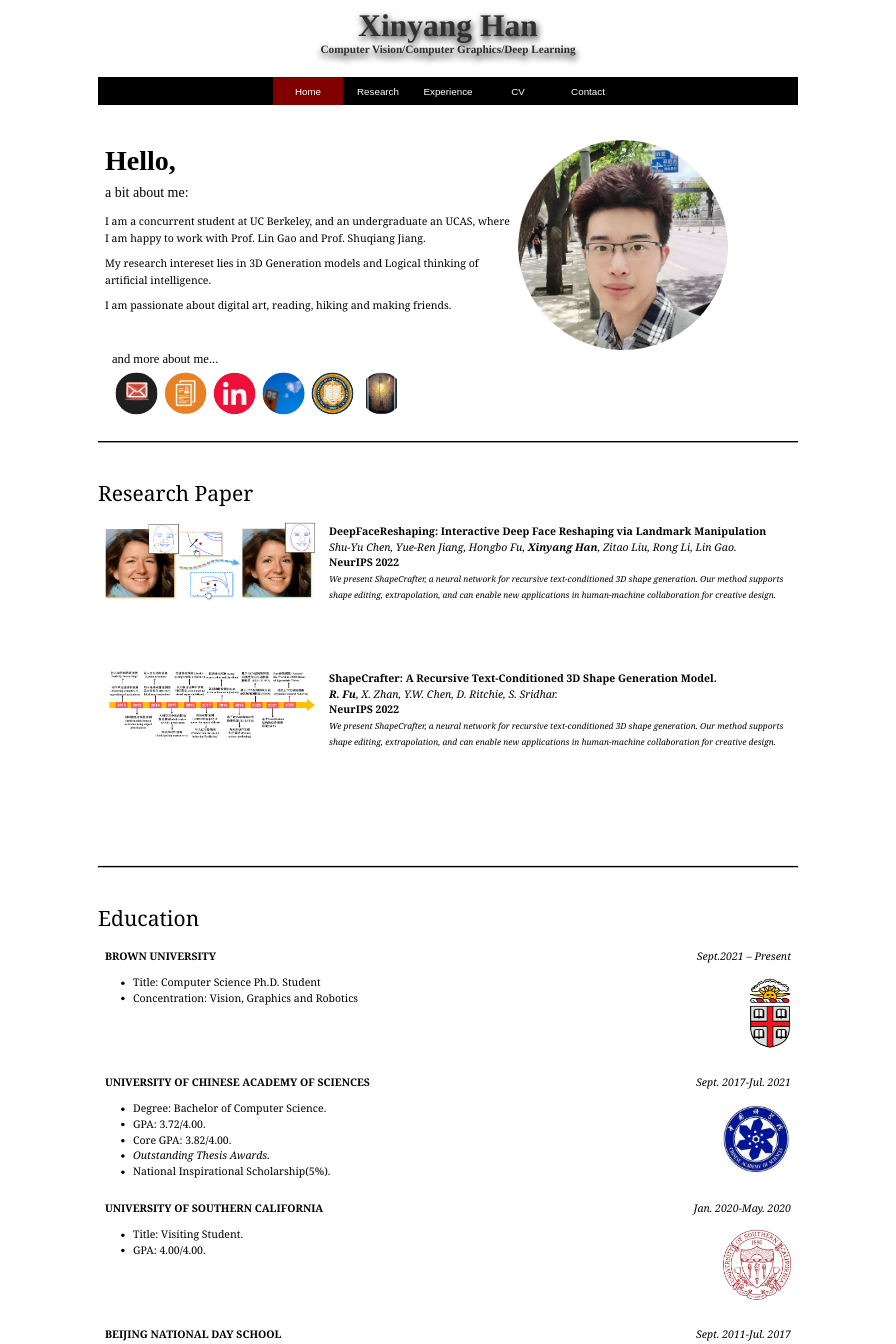
Repository: XinyangHan/XinyangHan.github.io
Page: index.html
An editor plug-in stored every save of this project. The page is shown before and after the next save, followed by the edit.
The browser window is 1280 px wide. The pictures show the part of the page from y = 0 to 1920 px (the page is 3473 px tall), at 70% of full size.

Above is the page before, as saved 2023-02-11 14:14:06.
Console error (its wording comes from the project's code and is left out).

After the next save:
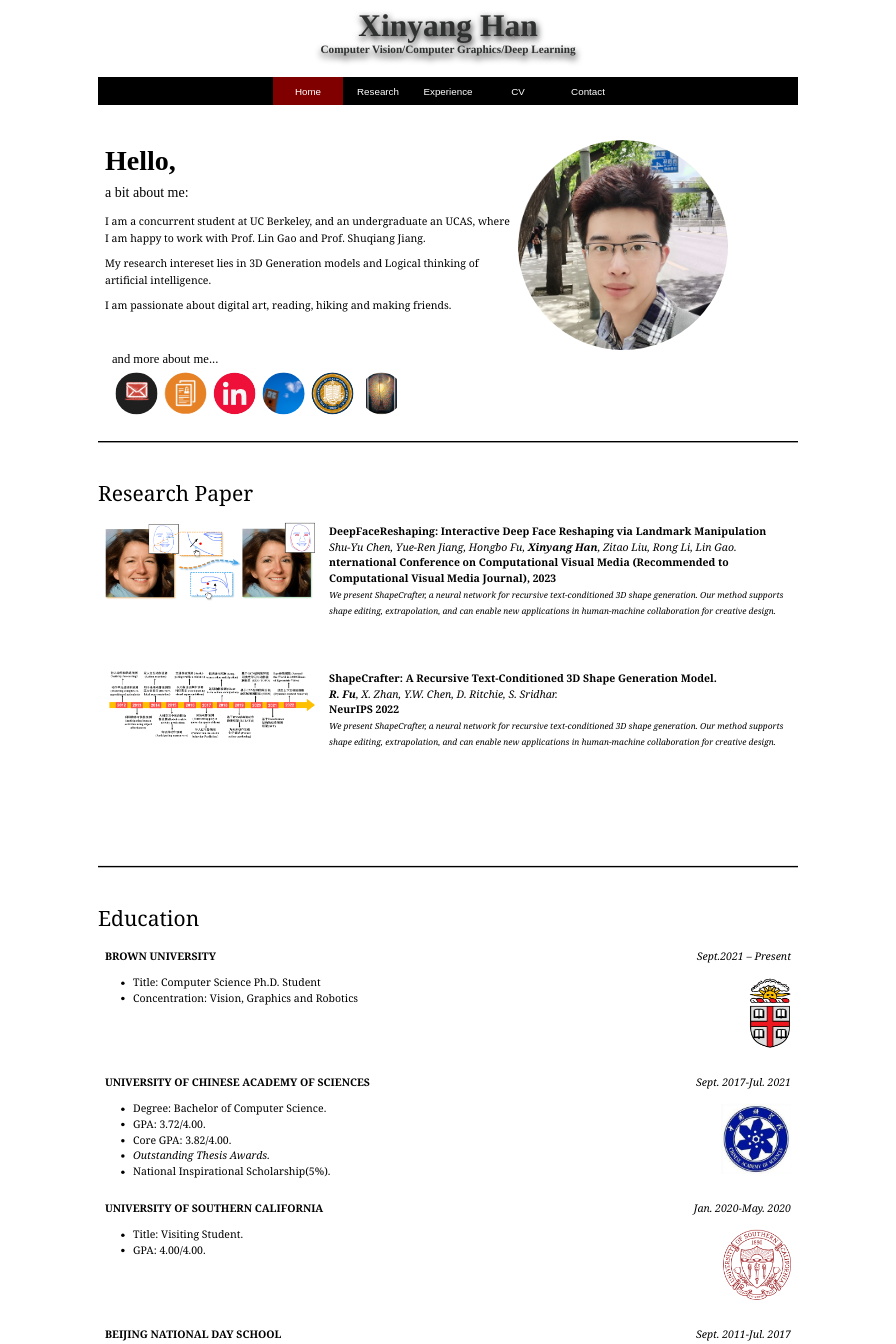
Saved 13 s later.
--- a/index.html
+++ b/index.html
@@ -190,7 +190,7 @@
 			</div>
 			<strong>DeepFaceReshaping: Interactive Deep Face Reshaping via Landmark Manipulation</strong>
 			<br><em>Shu-Yu Chen, Yue-Ren Jiang, Hongbo Fu, <strong>Xinyang Han</strong>, Zitao Liu, Rong Li, Lin Gao. </em>
-			<br><strong>NeurIPS 2022</strong></em>
+			<br><strong>nternational Conference on Computational Visual Media (Recommended to Computational Visual Media Journal), 2023</strong></em>
 			<br><em class="small_font">We present ShapeCrafter, a neural network for recursive text-conditioned 3D shape generation.
 				Our method supports shape editing, extrapolation, and can enable new applications in human-machine collaboration for creative design.</em>
 			<!-- <br><a href="https://arxiv.org/abs/2207.09446" class="small_font">[paper]</a>
